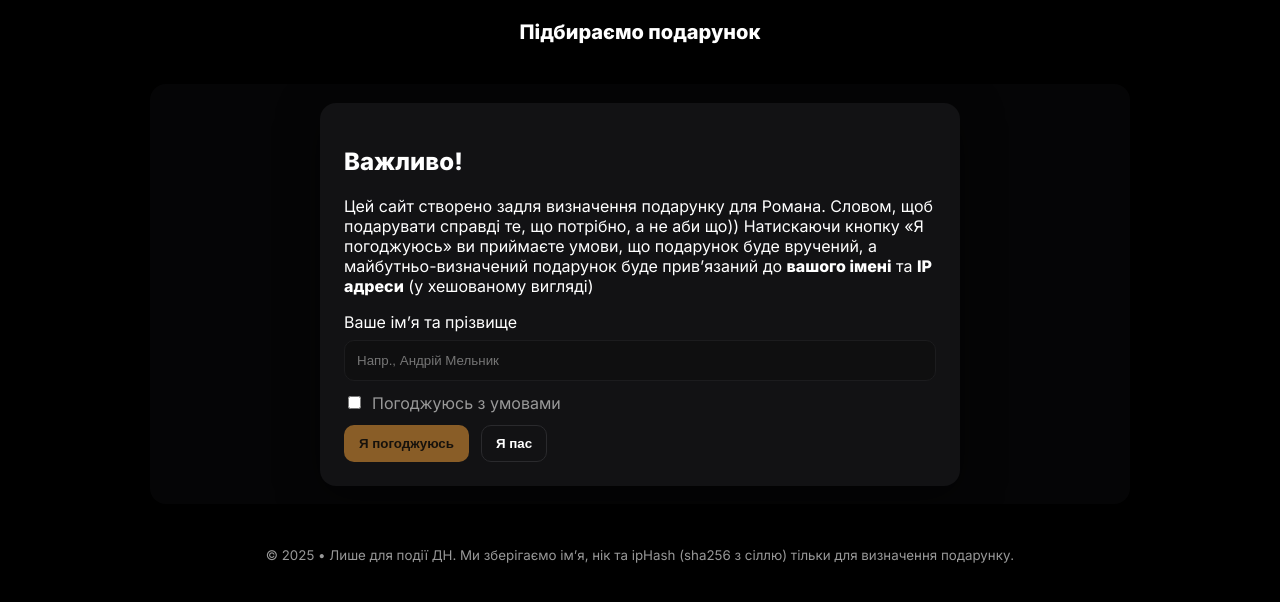
Repository: torunok/random-gift-roman
Page: docs/index.html
These files come from the project's save history. The page is drawn as it stood at one moment and after the next save; the edit follows.
The browser window is 1280 px wide. The pictures show the whole page.
The page's requests for data from a server got no answer.

Above is the page before, as saved 2025-11-10 19:18:37.

After the next save:
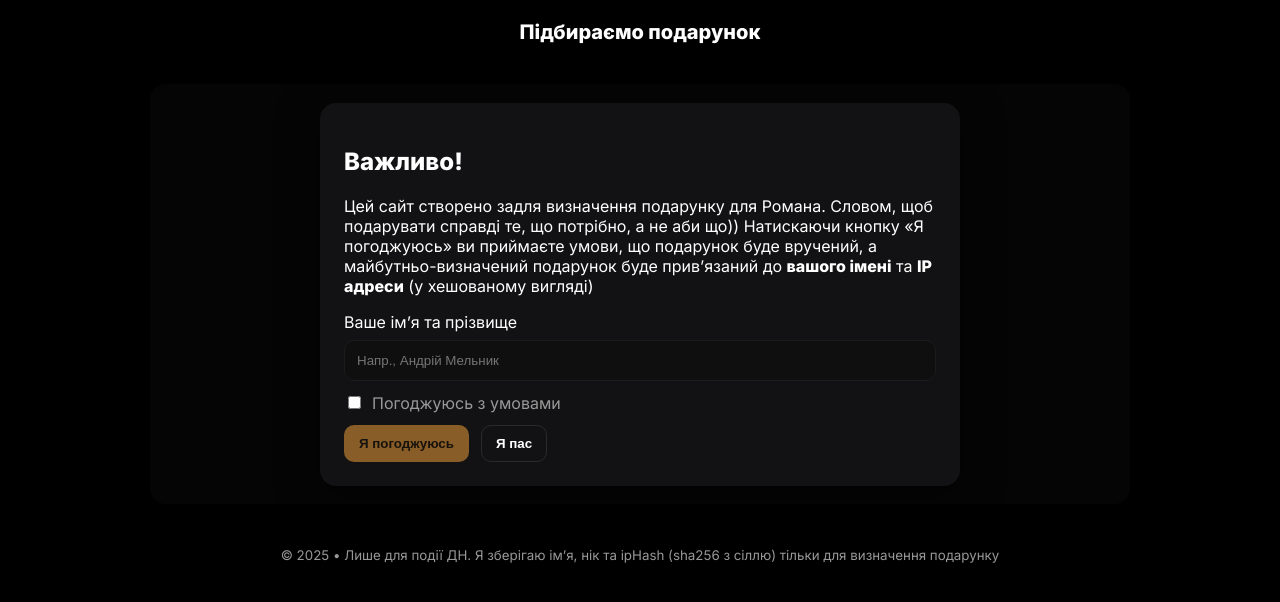
Saved 33 s later.
--- a/docs/index.html
+++ b/docs/index.html
@@ -47,7 +47,7 @@
       </main>
 
       <footer class="footer">
-        <small>© 2025 • Лише для події ДН. Ми зберігаємо ім’я, нік та ipHash (sha256 з сіллю) тільки для визначення подарунку. </small>
+        <small>© 2025 • Лише для події ДН. Я зберігаю ім’я, нік та ipHash (sha256 з сіллю) тільки для визначення подарунку </small>
       </footer>
     </div>
 
